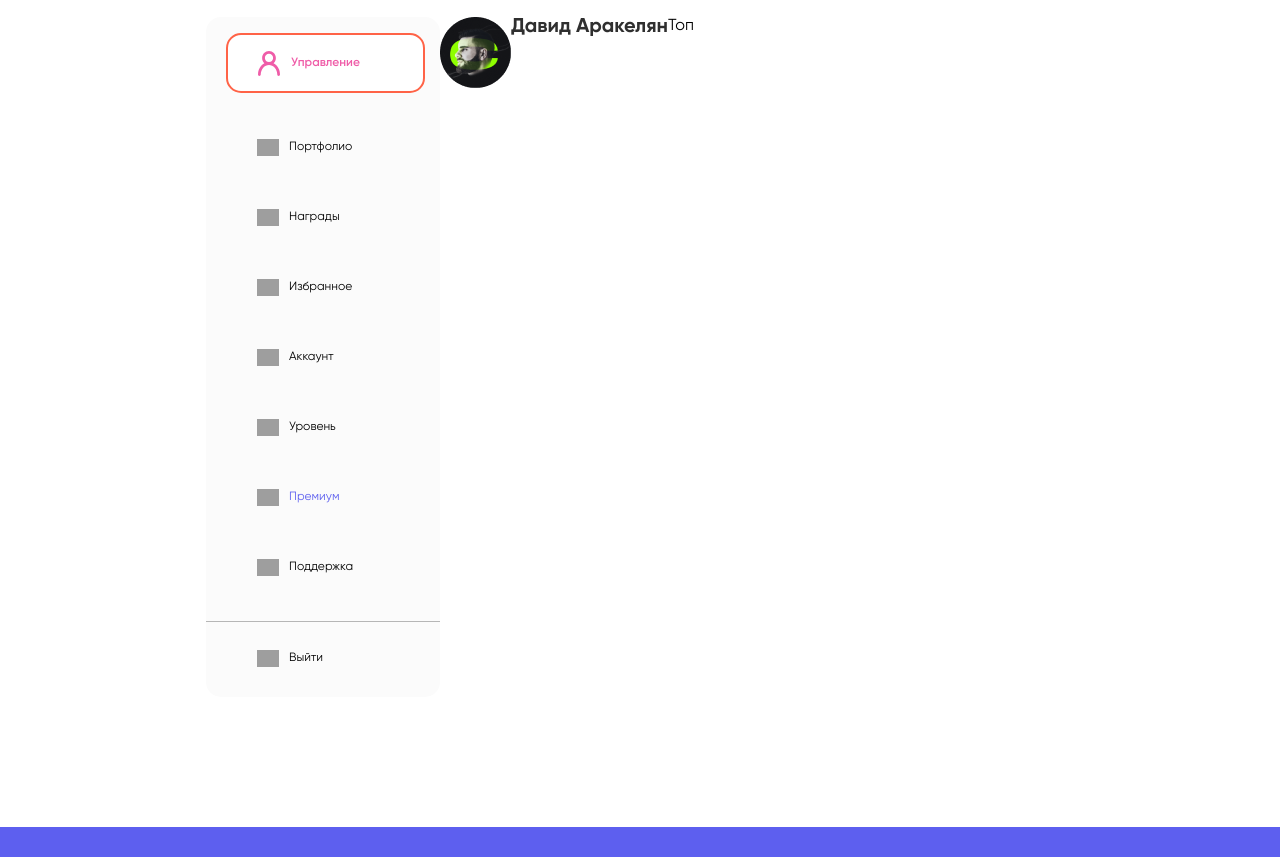
Repository: alexboagreek/selfmade
Page: index.html
These files come from the project's save history. The page is drawn as it stood at one moment and after a run of saves; the edit follows.
The browser window is 1280 px wide. The pictures show the part of the page from y = 353 to 1210 px (the page is 1719 px tall).
Pictures or frames that could not be fetched are drawn as grey boxes. A picture or video elsewhere on the page could not be fetched, so the positions and the page height are approximate.

Above is the page before, as saved 2022-12-13 12:18:43.

After the next 3 saves:
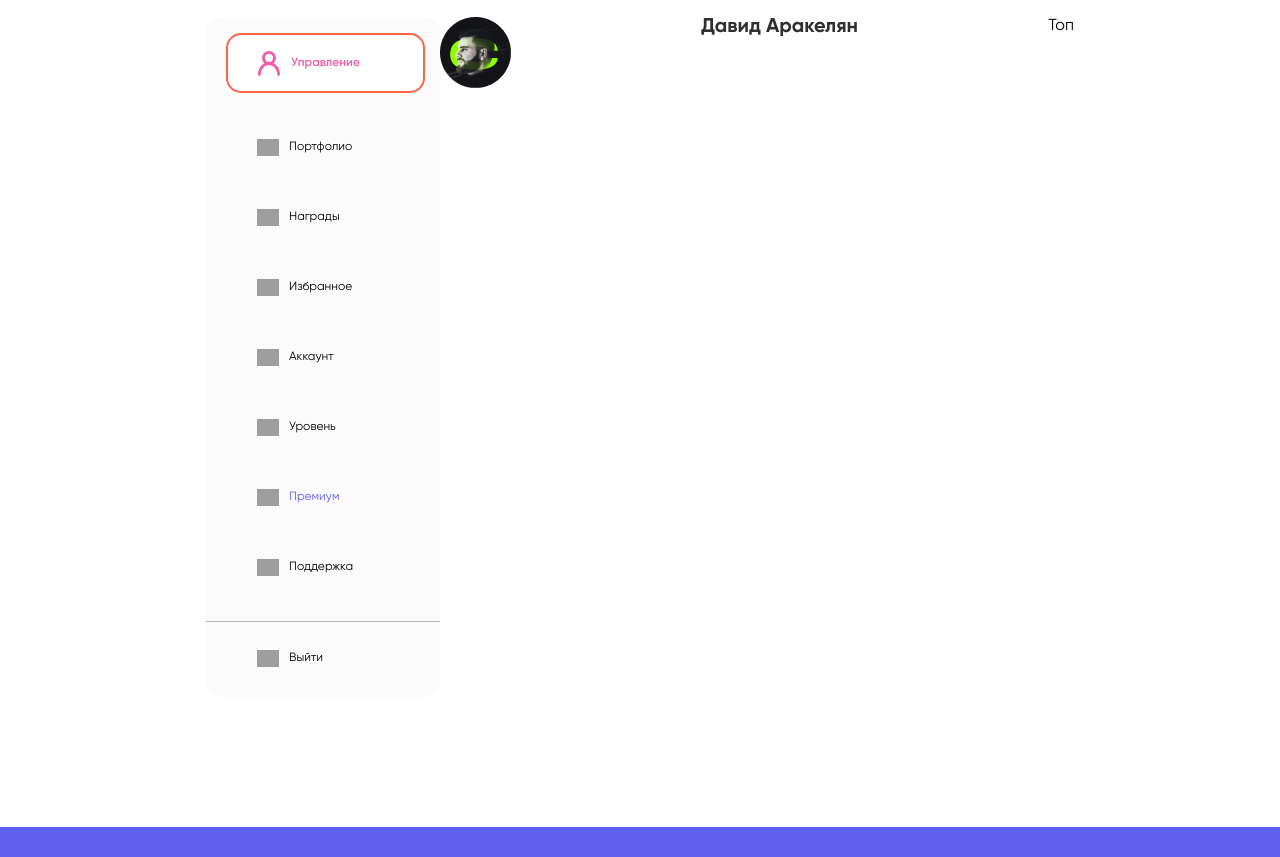
The 3 saves are shown as one change because they came seconds apart.
The last was saved 8 s later.
--- a/css/interface.css
+++ b/css/interface.css
@@ -3,8 +3,9 @@
 }
 .interface__box_header {
     display: flex;
-    jus
+    justify-content: space-between;
 }
+
 .interface__text {
     font-weight: 700;
     font-size: 20px;
